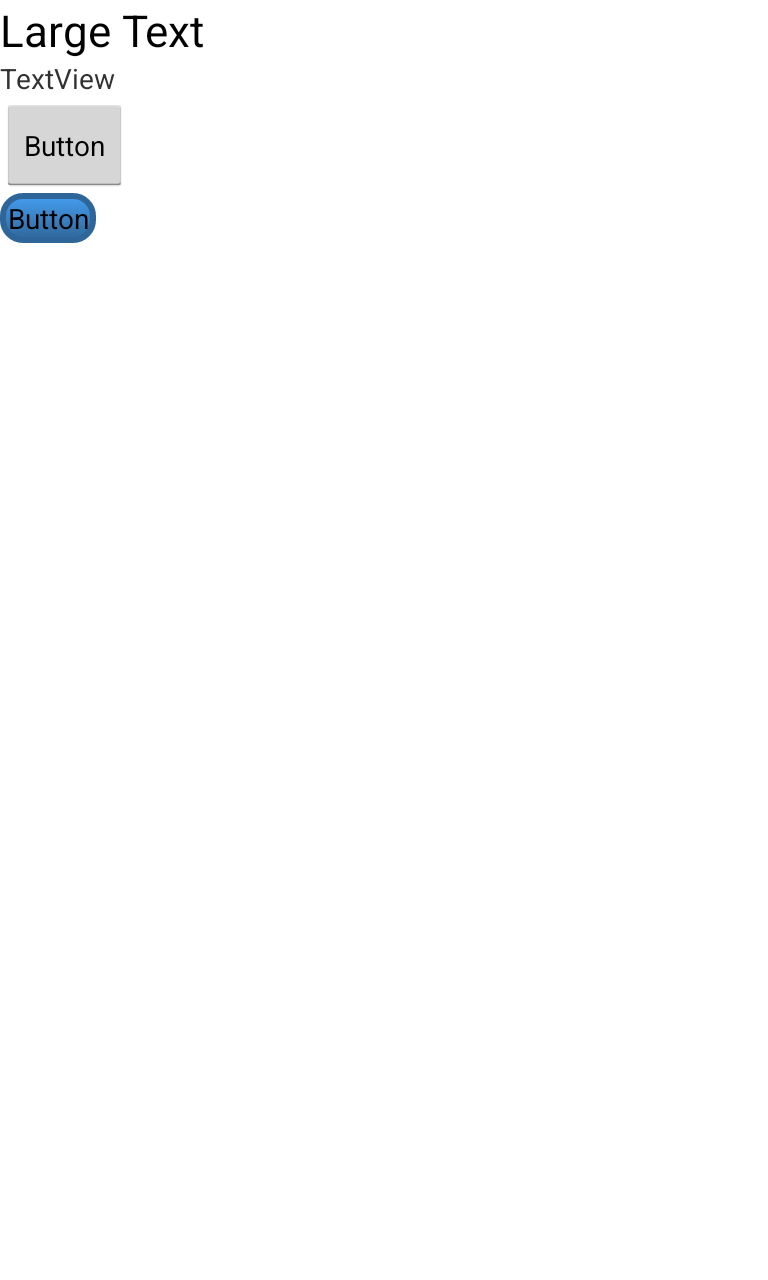
Repository: pcombi/android_dev
Layout: EnglishGrammar/res/layout/tests.xml
An editor plug-in stored every save of this project. The layout is shown before and after the next save, followed by the edit.
It is drawn on a 768 x 1280 px phone screen (xhdpi) without system bars, with theme AppTheme; the app's code is not run.

Above is the layout before, as saved 2012-12-27 02:28:41.

### EnglishGrammar/res/layout/tests.xml
<?xml version="1.0" encoding="utf-8"?>
<LinearLayout xmlns:android="http://schemas.android.com/apk/res/android"
    android:layout_width="match_parent"
    android:layout_height="match_parent"
    android:orientation="vertical" >

    <TextView
        android:id="@+id/textView1"
        android:layout_width="wrap_content"
        android:layout_height="wrap_content"
        android:text="Large Text"
        android:textAppearance="?android:attr/textAppearanceLarge" />

    <TextView
        android:id="@+id/textView2"
        android:layout_width="wrap_content"
        android:layout_height="wrap_content"
        android:text="TextView" />

    <Button
        android:id="@+id/button2"
        style="?android:attr/buttonStyleSmall"
        android:layout_width="wrap_content"
        android:layout_height="wrap_content"
        android:text="Button" />

    <Button
        android:id="@+id/button1"
        style="?android:attr/buttonStyleSmall"
        android:layout_width="wrap_content"
        android:layout_height="25dp"
        android:background="@drawable/btn_blue"
        android:text="Button" />

    <LinearLayout
        android:layout_width="wrap_content"
        android:layout_height="wrap_content"
        android:orientation="vertical"
        android:id="@+id/buttonlayout1">
    </LinearLayout>

</LinearLayout>

### EnglishGrammar/res/drawable/btn_blue.xml
<?xml version="1.0" encoding="utf-8"?>
<selector xmlns:android="http://schemas.android.com/apk/res/android">
    <item android:state_pressed="true" >
        <shape>
            <solid
                android:color="#449def" />
            <stroke
                android:width="3dp"
                android:color="#2f6699" />
            <corners
                android:radius="10dp" />
            <padding
                android:left="2dp"
                android:top="2dp"
                android:right="2dp"
                android:bottom="2dp" />-->
        </shape>
    </item>
    <item>
        <shape>
            <gradient
                android:startColor="#449def"
                android:endColor="#2f6699"
                android:angle="270" />
            <stroke
                android:width="3dp"
                android:color="#2f6699" />

            <corners
                android:radius="10dp" />
            <padding
                android:left="2dp"
                android:top="2dp"
                android:right="2dp"
                android:bottom="2dp" />-->
        </shape>
    </item>
</selector>

Loaded but not shown: EnglishGrammar/res/values/styles.xml (common file); EnglishGrammar/res/values-v11/styles.xml (common file); EnglishGrammar/res/values-v14/styles.xml (common file)

After the next save:
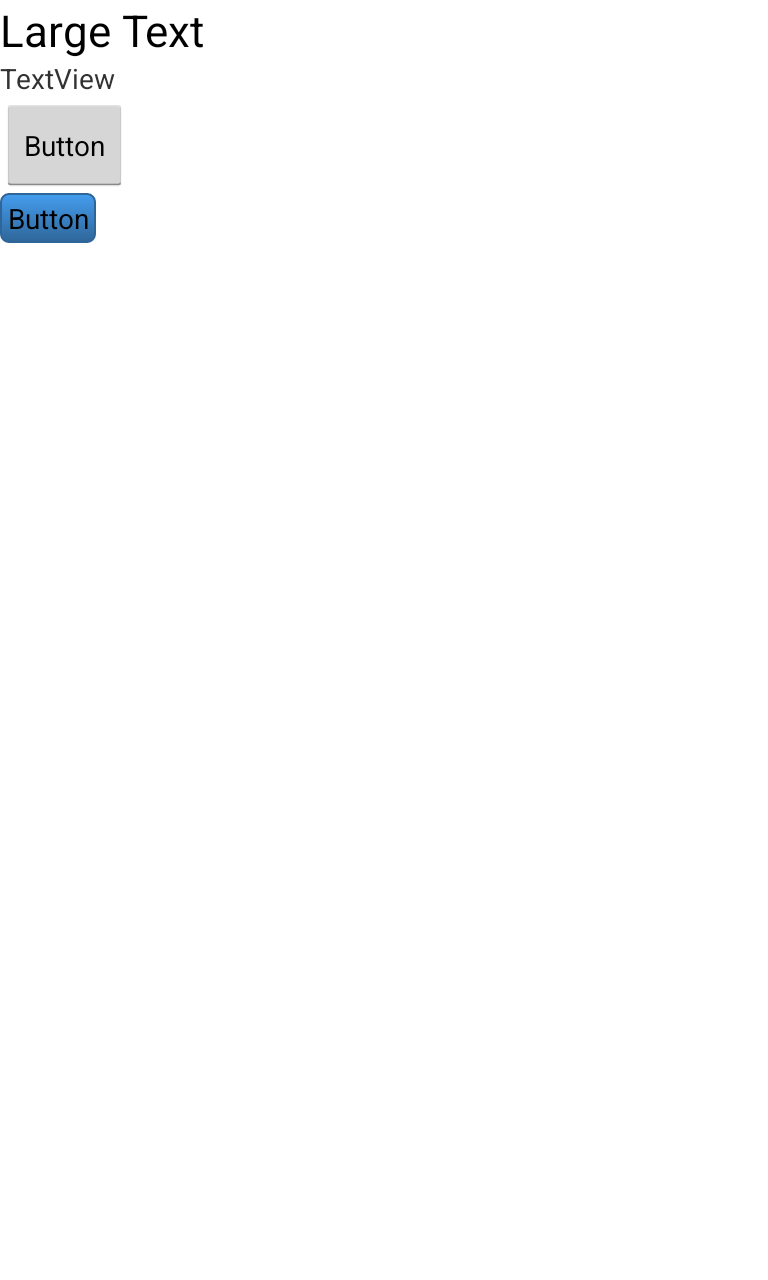
Saved 61 s later.
--- a/EnglishGrammar/res/drawable/btn_blue.xml
+++ b/EnglishGrammar/res/drawable/btn_blue.xml
@@ -5,10 +5,10 @@
             <solid
                 android:color="#449def" />
             <stroke
-                android:width="3dp"
+                android:width="1dp"
                 android:color="#2f6699" />
             <corners
-                android:radius="10dp" />
+                android:radius="4dp" />
             <padding
                 android:left="2dp"
                 android:top="2dp"
@@ -23,11 +23,11 @@
                 android:endColor="#2f6699"
                 android:angle="270" />
             <stroke
-                android:width="3dp"
+                android:width="1dp"
                 android:color="#2f6699" />
 
             <corners
-                android:radius="10dp" />
+                android:radius="4dp" />
             <padding
                 android:left="2dp"
                 android:top="2dp"
